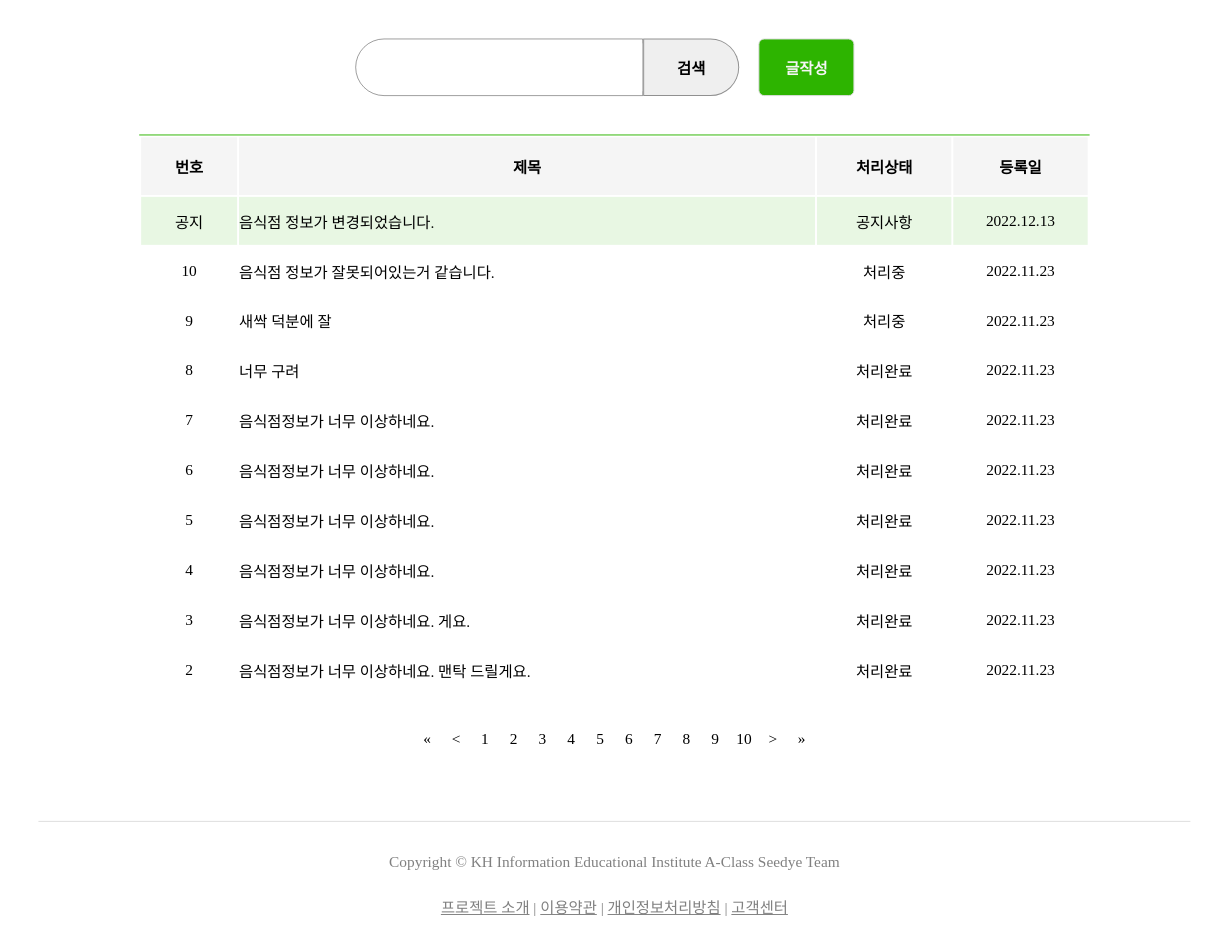
Repository: Seedye/Seedye
Page: team/src/main/webapp/html/board/board-list.html
These files come from the project's save history. The page is drawn as it stood at one moment and after the next save; the edit follows.
The browser window is 1280 px wide. The pictures show the part of the page from y = 423 to 1412 px (the page is 1412 px tall), at 96% of full size.
The pointer rests on the first visible `.board-list-table > tbody> tr`.
Some web fonts or font styles are not loaded; a fallback is used.

Above is the page before, as saved 2022-12-14 18:52:18.

### team/src/main/webapp/html/board/board-list.html
<!DOCTYPE html>
<html lang="en">
<head>
    <meta charset="UTF-8">
    <meta http-equiv="X-UA-Compatible" content="IE=edge">
    <meta name="viewport" content="width=device-width, initial-scale=1.0">
    <title>boardList</title>
    <link rel="stylesheet" href="../../resources/css/header.css">
    <link rel="stylesheet" href="../../resources/css/boardList-style.css">
</head>
<body>
  <header>
        <!-- 헤더 -->
        <section id="header-container">
            <!-- 로고 -->
            <section id="logo-section">
                <a href="#"><img id="logo" src="../../resources/images/새싹이.png"></a>
                <a href="#" id="logo-content">새싹이</a>
            </section>
            <!-- 메뉴창 -->
            <nav id="nav-bar">
                <ul>
                    <li><a href="#"></a>공지사항</li>
                <li><a href="#"></a>커뮤니티</li>
                <li><a href="#"></a>소개</li>
                <li><a href="#"></a>식당 등록 문의</li>
                <li><a href="#"></a>후원</li>
                <li><a href="#"></a>업데이트</li>
                <li><a href="#"></a>관리자</li>
            </ul>
        </nav>
    </section>
    </header>
    <main>
      <!-- board 영역 -->
      <section class="board-body-area">
        <div class="board-title">
          <img src="../../resources/images/children-g5ba4d1b54_1920.jpg" alt="">
          <p>커뮤니티</p>
        </div>

        <!-- 검색 -->
        <div class="board-list-serch-write-area">
          <!-- 검색어 입력 input -->
          <div class="board-list-serch">
            <input type="text" >
          </div>
          <!-- 검색 버튼 -->
          <button>검색</button>
          <!-- 글작성 버튼 -->
          <div class="board-write-btn">글작성</div>
        </div>

        <!-- 게시글 리스트 영역 -->
        <div class="board-list-area">
          <!-- 게시글 나타나는 테이블 -->
          <table class="board-list-table">
            <thead class="board-list-thead">
              <th>번호</th>
              <th>제목</th>
              <th>처리상태</th>
              <th>등록일</th>
            </thead>
            <tbody>

              <!-- 공지 -->
              <tr>
                <td>공지</td>
                <td>음식점 정보가 변경되었습니다.</td>
                <td>공지사항</td>
                <td>2022.12.13</td>
      <!-- colspan="2" -->
              </tr>

              <!-- 게시물 -->
              <tr>
                <td>10</td>
                <td>음식점 정보가 잘못되어있는거 같습니다.</td>
                <td>처리중</td>
                <td>2022.11.23</td>
              </tr>

              <tr>
                <td>9</td>
                <td>새싹 덕분에 잘 </td>
                <td>처리중</td>
                <td>2022.11.23</td>
              </tr>

              <tr>
                <td>8</td>
                <td>너무 구려</td>
                <td>처리완료</td>
                <td>2022.11.23</td>
              </tr>

              <tr>
                <td>7</td>
                <td>음식점정보가 너무 이상하네요. </td>
                <td>처리완료</td>
                <td>2022.11.23</td>
              </tr>
              <tr>
                <td>6</td>
                <td>음식점정보가 너무 이상하네요.  </td>
                <td>처리완료</td>
                <td>2022.11.23</td>
              </tr>
              <tr>
                <td>5</td>
                <td>음식점정보가 너무 이상하네요.  </td>
                <td>처리완료</td>
                <td>2022.11.23</td>
              </tr>
              <tr>
                <td>4</td>
                <td>음식점정보가 너무 이상하네요. </td>
                <td>처리완료</td>
                <td>2022.11.23</td>
              </tr>
              <tr>
                <td>3</td>
                <td>음식점정보가 너무 이상하네요. 게요. </td>
                <td>처리완료</td>
                <td>2022.11.23</td>
              </tr>
              <tr>
                <td>2</td>
                <td>음식점정보가 너무 이상하네요. 맨탁 드릴게요. </td>
                <td>처리완료</td>
                <td>2022.11.23</td>
              </tr>

            </tbody>


          </table>

            <ul class="board-list-page-area">
              <li>&laquo;</li>
              <li>&lt;</li>
              <li class="board-list-page-no">1</li>
              <li class="board-list-page-no">2</li>
              <li class="board-list-page-no">3</li>
              <li class="board-list-page-no">4</li>
              <li class="board-list-page-no">5</li>
              <li class="board-list-page-no">6</li>
              <li class="board-list-page-no">7</li>
              <li class="board-list-page-no">8</li>
              <li class="board-list-page-no">9</li>
              <li class="board-list-page-no">10</li>
              <li>&gt;</li>
              <li>&raquo;</li>
            </ul>
            <!-- <div class="board-list-page-num"></div>
            <div class="board-list-page-num"></div> -->
          </div>

      </section>
    </main>

    <footer>
        <p>
            Copyright &copy; KH Information Educational Institute A-Class Seedye Team
        </p>
        <article>
            <a href="#">프로젝트 소개</a>
            <span>|</span>
            <a href="#">이용약관</a>
            <span>|</span>
            <a href="#">개인정보처리방침</a>
            <span>|</span>
            <a href="#">고객센터</a>
        </article>
    </footer>

</body>
</html>

### team/src/main/webapp/resources/css/header.css

@font-face {
    font-family: 'yg-jalnan';
    src: url('https://cdn.jsdelivr.net/gh/projectnoonnu/noonfonts_four@1.2/JalnanOTF00.woff') format('woff');
    font-weight: normal;
    font-style: normal;
}


@font-face {
    font-family: 'NIXGONM-Vb';
    src: url('https://cdn.jsdelivr.net/gh/projectnoonnu/noonfonts_six@1.2/NIXGONM-Vb.woff') format('woff');
    font-weight: normal;
    font-style: normal;
}

*{
    box-sizing: border-box;
    margin: 0;
    padding: 0;
}

body{
    display: flex;
    justify-content: center;
    align-items: center;
    flex-direction: column;
}


#logo-section{
    width: 1200px;
    display: flex;
    justify-content: center;
    align-items: center;
    margin-top: 20px;
}

#logo{
    width: 50px;
    height: 50px;
}

#logo-content{
    color: #2db400;
    -webkit-text-stroke: 1px white;
    text-decoration: none;
    font-weight: bold;
    font-family: yg-jalnan;
    font-size: 40px;
    padding-top: 10px;
}

#nav-bar{
    display: flex;
    justify-content: center;
    margin: 20px 0px  0px  0px;
}

#nav-bar > ul {
    width: 100%;
    display: flex;
    justify-content: space-between;
    font-weight: bold;
    border-bottom: 1px solid #ddd;
    padding: 0px 20px;
}

#nav-bar > ul > li{
    font-family: NIXGONM-Vb;
    float: left;
    display: flex;
    justify-content: center;
    padding: 20px 35px;
    border-radius: 6px;
    cursor: pointer;
    width: 170px;
    height: auto;
}

#nav-bar > ul > li:hover{
    background-color: rgba(45, 180, 0, 0.6);
    color: white;
    transition-duration: 0.3s;
}

footer {
    width: 1200px;
    height: 134px;
    color: gray;
    font-size: var(--small-font-size);
    padding: 20px 0;

    display: flex;
    flex-direction: column;
    justify-content: space-around;
    align-items: center;

    /* position: absolute; */
    bottom: 0;

    border-top: 1px solid #ddd;
  }

  footer a {
    color: gray;
  }

### team/src/main/webapp/resources/css/boardList-style.css
*{
  font-family: "NIXGONM-Vb";
}

.board-title{
  /* margin-top: 0; */
  width: 99vw;
  height: 250px;
  background-color: white;
  background-color: white;
  display: flex;
  justify-content: center;
  align-items: center;
  font-size: 40px;
}
.board-title > img{
  width: 100%;
  height: 100%;
  object-fit: cover;
  opacity:0.3;
}
.board-title > p{
  position: absolute;
}
/* 검색 영역 스타일 */
.board-list-serch-write-area{
  display: flex;
  align-items: center;
  justify-content: center;
  margin-top: 20px;
  margin-bottom: 20px;

}
.board-list-serch{
  width: 300px;
  height: 60px;
  border-radius: 30px 0 0 30px;
  border: 1px solid rgba(0, 0, 0, 0.4);

  display: flex;
    justify-content: end;
    align-items: center;
}
.board-list-serch > input{
  width: 260px;
  height: 50px;
  border: 0px;
  font-size: 20px;
}
.board-list-serch > input:focus{
  outline: none;

}
.board-list-serch-write-area > button{
  height: 60px;
  width: 100px;
  border-radius: 0 30px 30px 0;
  border: 1px solid rgba(0, 0, 0, 0.4);
  font-size: 16px;
  cursor: pointer;
  font-weight: bold;
}

.board-write-btn{
  margin: 20px;
  width: 100px;
  height: 60px;
  display: flex;
  align-items: center;
  border-radius: 6px;
  justify-content: center;
  border: 1px solid #ddd;
  cursor: pointer;
  background-color: #2db400;
  color: whitesmoke;
  font-size: 16px;
  font-weight: bold;
}
.board-write-btn:hover{
  transition-duration: 0.2s;
  background-color: #2aa800;
  box-shadow: 1px 1px 1px 1px rgb(206, 204, 204);
  border:none;
}
/* 테이블 스타일 */
.board-list-table{
  text-align: center;

  margin: auto;
  /* width: 90vw; */
  border-top: 1px solid #2db400;
}
/* .board-list-area{
  height: 500px;
} */
.board-list-thead{
  height: 60px;
  /* background-color: rgba(221, 221, 221, 0.623); */
  /* background-color: #ddd; */
  background-color: whitesmoke;
  border-top: 2px solid red;
}
.board-list-thead > tr{
  border: 2px solid red;
}
/* 게시글 번호 부분 */
.board-list-table > tbody > tr > td:first-child {
  width: 100px;
  height: 50px;
  cursor: pointer;
  /* background-color: blueviolet; */

  /* text-align: center; */
}
/* 게시물 제목 부분 */
.board-list-table > tbody > tr > td:nth-child(2){
  /* display: block; */
  width: 600px;
  height: 50px;
  text-align: left;
  cursor: pointer;

}
/* 게시글 처리상태/등록일 부분 */
.board-list-table > tbody > tr > td:nth-child(3),
.board-list-table > tbody > tr > td:nth-child(4){
  /* width: 140px; */
  min-width: 140px;
  height: 50px;
  cursor: pointer;
  /* background-color: red; */
}

/* {
  width: 140px;
  height: 50px;

} */

.board-list-table > tbody> tr{

  height: 50px;
}
.board-list-table > tbody> tr:hover{
  background-color: #2db4001c;

}
/* .board-list-table > tbody > tr > td:hover{
  background-color: #d8f0d0;
} */

/* 페이지 넘기기 스타일 */
.board-list-page-area{
  display: flex;
  justify-content: center;
  margin-top: 30px;
  margin-bottom: 70px;
}

.board-list-page-area>li{
  display: flex;
  justify-content: center;
  align-items: center;
  width: 30px;
  height: 30px;
  list-style:none;
  cursor: pointer;
  /* padding-left: 0px; */
}
.board-list-page-no:hover{
  /* background-color: #061a00; */
  border-bottom: 1px solid #ddd;
}

After the next save:
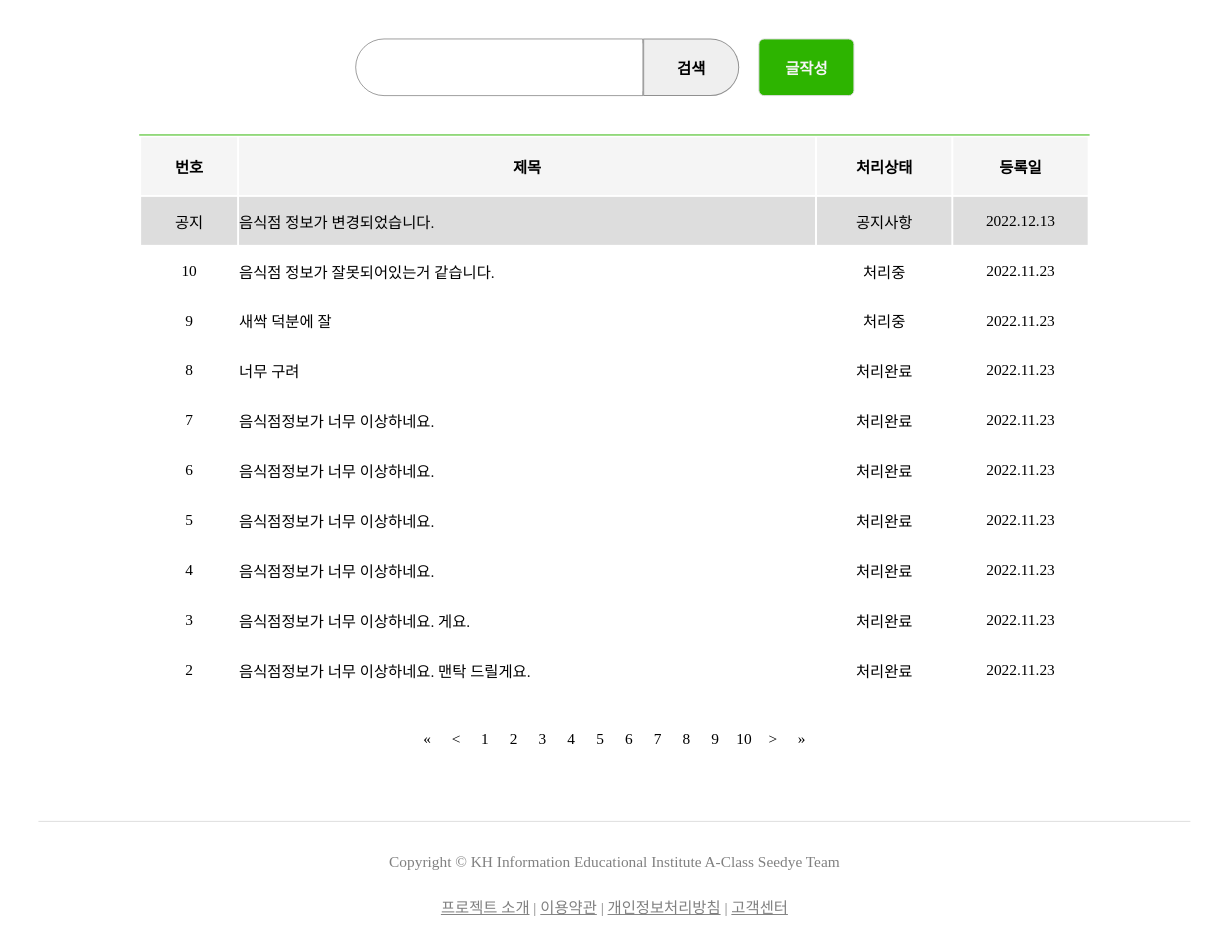
Saved 15 s later.
--- a/team/src/main/webapp/resources/css/boardList-style.css
+++ b/team/src/main/webapp/resources/css/boardList-style.css
@@ -142,7 +142,7 @@
   height: 50px;
 }
 .board-list-table > tbody> tr:hover{
-  background-color: #2db4001c;
+  background-color: #ddd;
 
 }
 /* .board-list-table > tbody > tr > td:hover{
@@ -169,5 +169,5 @@
 }
 .board-list-page-no:hover{
   /* background-color: #061a00; */
-  border-bottom: 1px solid #ddd;
+  border-bottom: 1px solid #2db400;
 }
